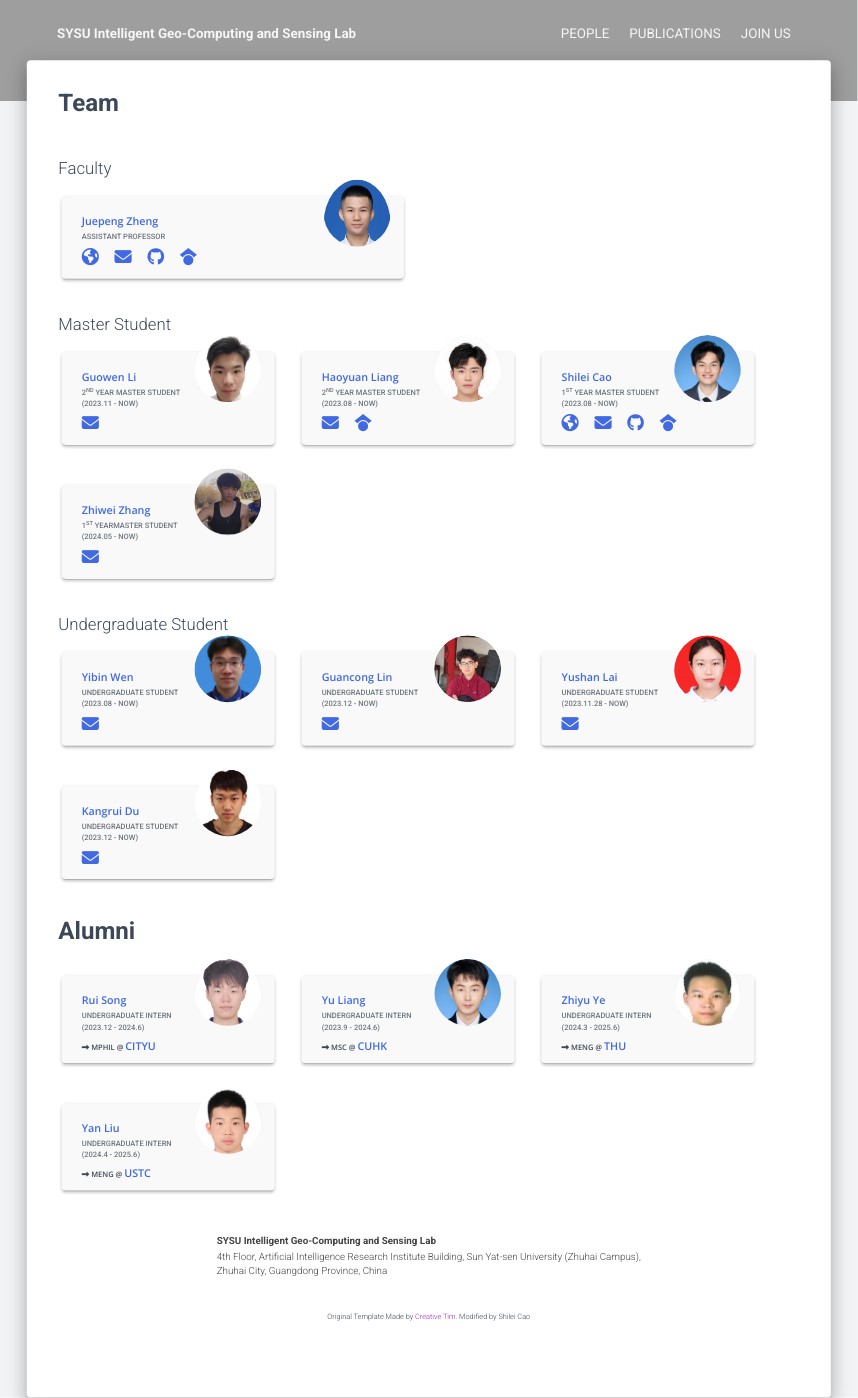
Repository: rssysu/rssysu.github.io
Page: people.html
These files come from the project's save history. The page is drawn as it stood at one moment and after the next save; the edit follows.
The browser window is 1280 px wide. The pictures show the whole page, at 67% of full size.
Pictures or frames that could not be fetched are drawn as grey boxes. Some web libraries are served in a nearby version.

Above is the page before, as saved 2025-05-30 21:20:37.

After the next save:
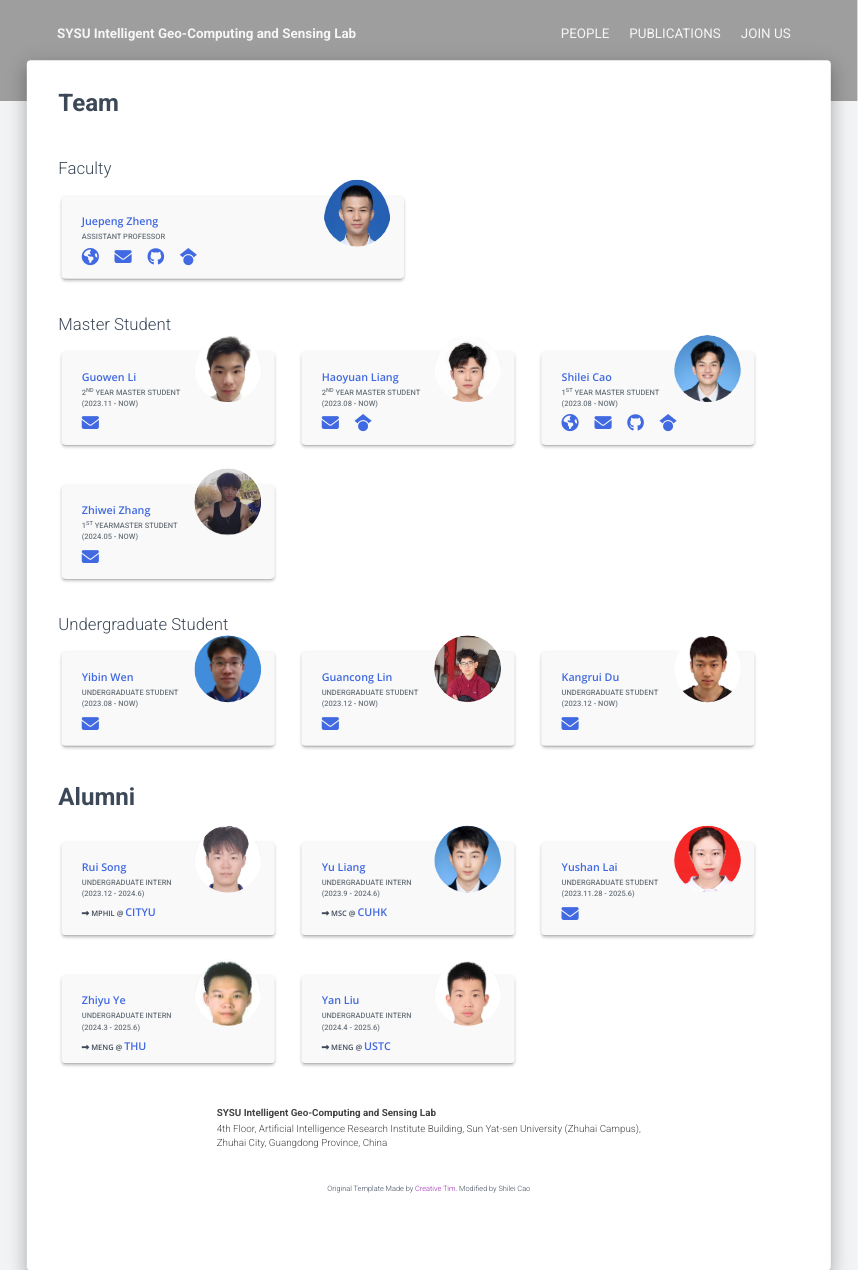
Saved 39 s later.
--- a/people.html
+++ b/people.html
@@ -178,21 +178,6 @@
                     <div class="card-body">
                           <div class="author">
                               <div class="avatar">
-                                  <img src="./assets/img/kit/faces/lys.jpg" class="img-raised rounded-circle img-fluid"/>
-                              </div>
-                          </div>
-                          <h4 class="card-title"> <a href="./assets/resume/lys.html" target="_blank"> Yushan Lai </a></h4>
-                          <h6 class="card-subtitle mb-2 text-muted">Undergraduate Student <br> (2023.11.28 - Now)</h6>
-
-                            <a href="mailto:laiysh6@mail2.sysu.edu.cn" class="card-link"><i class="fa fa-envelope fa-2x" aria-hidden="true"></i></a>
-
-                    </div>
-                </div>
-
-                <div class="card" style="width: 28%;">
-                    <div class="card-body">
-                          <div class="author">
-                              <div class="avatar">
                                   <img src="./assets/img/kit/faces/dkr.jpg" class="img-raised rounded-circle img-fluid"/>
                               </div>
                           </div>
@@ -239,6 +224,21 @@
                       <h6 class="card-subtitle mb-2 text-muted">Undergraduate Intern (2023.9 - 2024.6) </h6>
                       <h6 class="card-title"> <i class="fa fa-long-arrow-right" aria-hidden="true"></i> MSC @ <a href="https://www.cuhk.edu.hk/chinese/index.html"> CUHK </a> </h6>
                         <!-- <a href="mailto:liangy283@mail2.sysu.edu.cn" class="card-link"><i class="fa fa-envelope fa-2x" aria-hidden="true"></i></a>        -->
+
+                </div>
+            </div>
+
+            <div class="card" style="width: 28%;">
+                <div class="card-body">
+                      <div class="author">
+                          <div class="avatar">
+                              <img src="./assets/img/kit/faces/lys.jpg" class="img-raised rounded-circle img-fluid"/>
+                          </div>
+                      </div>
+                      <h4 class="card-title"> <a href="./assets/resume/lys.html" target="_blank"> Yushan Lai </a></h4>
+                      <h6 class="card-subtitle mb-2 text-muted">Undergraduate Student <br> (2023.11.28 - 2025.6)</h6>
+
+                        <a href="mailto:laiysh6@mail2.sysu.edu.cn" class="card-link"><i class="fa fa-envelope fa-2x" aria-hidden="true"></i></a>
 
                 </div>
             </div>
